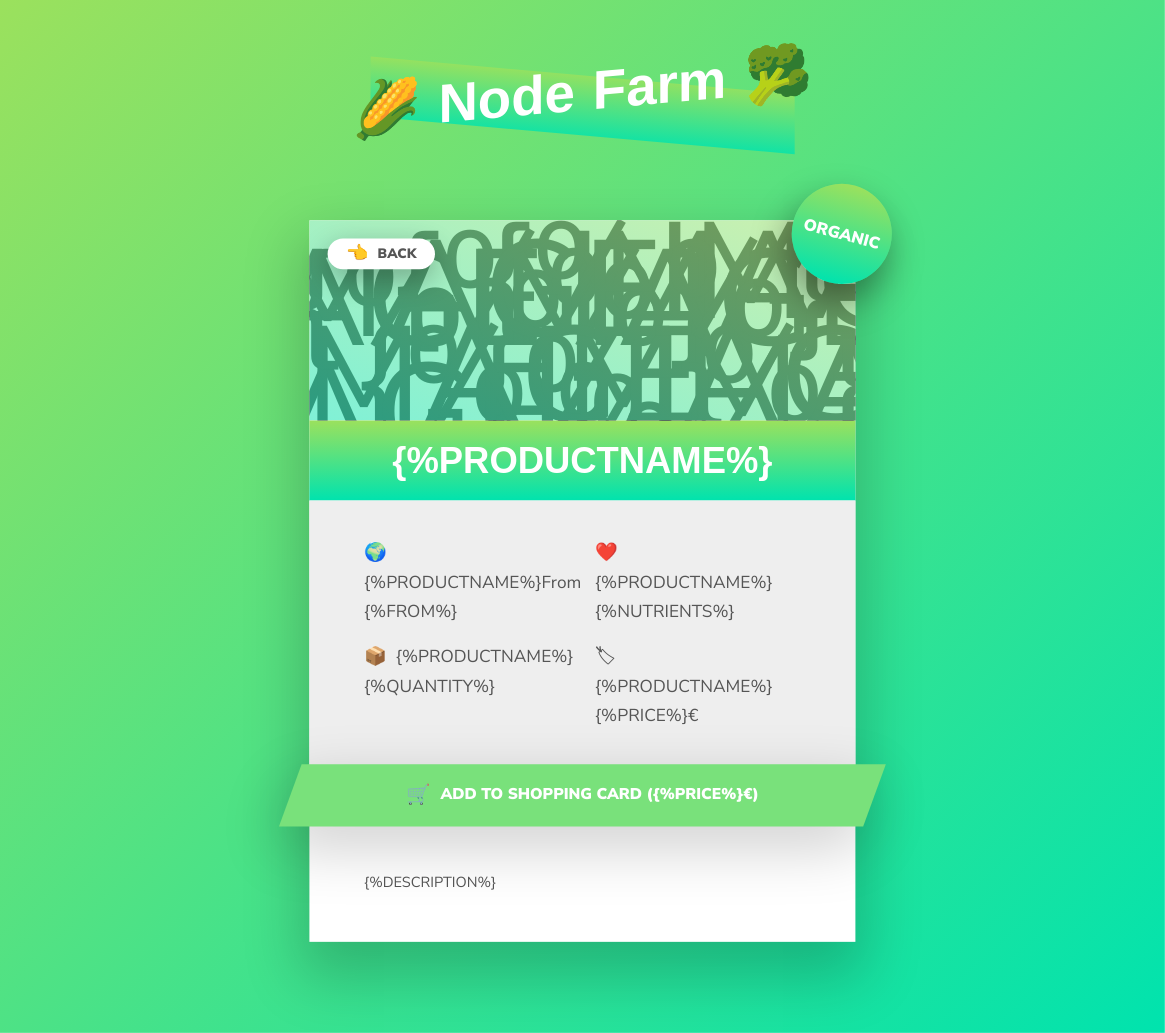
Repository: smit1298/MongoExpressNode
Page: templates/template-product.html
These files come from the project's save history. The page is drawn as it stood at one moment and after the next save; the edit follows.
The browser window is 1280 px wide. The pictures show the whole page, at 91% of full size.
Some web fonts or font styles are not loaded; a fallback is used.

Above is the page before, as saved 2022-04-10 06:38:05.

### templates/template-product.html
<!DOCTYPE html>
<html lang="en">
  <head>
    <meta charset="UTF-8" />
    <meta name="viewport" content="width=device-width, initial-scale=1.0" />
    <meta http-equiv="X-UA-Compatible" content="ie=edge" />
    <link
      href="https://fonts.googleapis.com/css?family=Megrim|Nunito+Sans:400,900"
      rel="stylesheet"
    />
    <link
      rel="icon"
      href="https://emojipedia-us.s3.dualstack.us-west-1.amazonaws.com/thumbs/240/apple/155/ear-of-maize_1f33d.png"
    />

    <title> {%PRODUCTNAME%} {%IMAGE%} /// NODE FARM</title>

    <style>
      *,
      *::before,
      *::after {
        margin: 0;
        padding: 0;
        box-sizing: inherit;
      }

      html {
        font-size: 62.5%;
        box-sizing: border-box;
      }

      body {
        padding: 5rem 5rem 10rem;
        line-height: 1.7;
        font-family: "Nunito Sans", sans-serif;
        color: #555;
        min-height: 100vh;
        background: linear-gradient(to bottom right, #9be15d, #00e3ae);
      }

      h1 {
        font-family: "Megrim", sans-serif;
        font-size: 6rem;
        color: white;
        transform: skewY(-5deg);
        text-align: center;
        position: relative;
        word-spacing: 3px;
      }

      h1::before {
        content: "";
        display: block;
        height: 65%;
        width: 49%;
        position: absolute;
        top: 105%;
        left: 50%;
        background: linear-gradient(to bottom, #9be15d, #00e3ae);
        opacity: 0.8;
        z-index: -1;
        transform: skewY(370deg) translate(-50%, -50%);
      }

      .container {
        width: 95rem;
        margin: 0 auto;
      }

      .product {
        width: 60rem;
        margin: 0 auto;
        margin-top: 9rem;
        background: white;
        box-shadow: 0 3rem 6rem 1rem rgba(0, 0, 0, 0.2);
        position: relative;
      }

      .product__hero {
        position: relative;
        height: 22rem;
        overflow: hidden;
      }

      .product__hero::before {
        content: "";
        display: block;
        height: 100%;
        width: 100%;
        position: absolute;
        top: 0;
        left: 0;
        background-image: linear-gradient(to left bottom, #9be15d, #00e3ae);
        opacity: 0.5;
        z-index: 100;
      }

      .product__emoji {
        font-size: 15rem;
        position: absolute;
      }

      .product__emoji--1 {
        top: -4rem;
        left: -2rem;
        z-index: 10;
      }

      .product__emoji--2 {
        top: -6rem;
        left: 9rem;
      }

      .product__emoji--3 {
        top: -4rem;
        right: 15rem;
      }

      .product__emoji--4 {
        top: -5rem;
        right: 2rem;
        z-index: 10;
      }

      .product__emoji--5 {
        bottom: -9rem;
        left: 18rem;
      }

      .product__emoji--6 {
        bottom: -8rem;
        left: 5rem;
      }

      .product__emoji--7 {
        bottom: -12rem;
        right: 14rem;
      }

      .product__emoji--8 {
        bottom: -8rem;
        right: -2rem;
      }

      .product__emoji--9 {
        top: -7rem;
        left: 19rem;
      }

      .product__organic {
        position: absolute;
        top: -4rem;
        right: -4rem;
        z-index: 1000;
        height: 11rem;
        width: 11rem;
        background-image: linear-gradient(to bottom, #9be15d, #00e3ae);
        border-radius: 50%;
        transform: rotate(15deg);
        box-shadow: 0 2rem 4rem rgba(0, 0, 0, 0.4);
        display: flex;
        align-items: center;
        justify-content: center;
      }

      .product__organic h5 {
        font-weight: 900;
        text-transform: uppercase;
        font-size: 1.8rem;
        color: white;
      }

      .product__back:link,
      .product__back:visited {
        position: absolute;
        top: 2rem;
        left: 2rem;
        font-size: 1.5rem;
        font-weight: 700;
        text-transform: uppercase;
        text-decoration: none;
        z-index: 1000;
        color: #555;
        background-color: white;
        box-shadow: 0 1rem 3rem rgba(0, 0, 0, 0.3);
        border-radius: 100rem;
        padding: 0 2rem;
        transition: all 0.3s;
        display: flex;
        align-items: center;
      }

      .product__back:hover,
      .product__back:active {
        background-color: #79e17b;
      }

      .product__name {
        background: linear-gradient(to bottom, #9be15d, #00e3ae);
        padding: 1rem;
        font-family: "Megrim", sans-serif;
        font-size: 4rem;
        color: white;
        text-align: center;
        word-spacing: 2px;
      }

      .product__details {
        background-color: #eee;
        padding: 4rem 6rem;
        font-size: 1.9rem;
        display: grid;
        grid-template-columns: 1fr 1fr;
        grid-gap: 1.5rem;
      }

      .product__description {
        padding: 5rem 6rem;
        font-size: 1.6rem;
        line-height: 1.8;
      }

      .product__link:link,
      .product__link:visited {
        display: block;
        background-color: #79e17b;
        color: white;
        font-size: 1.6rem;
        font-weight: 700;
        text-transform: uppercase;
        text-decoration: none;
        padding: 1.5rem;
        text-align: center;
        transform: scale(1.07) skewX(-20deg);
        box-shadow: 0 2rem 6rem rgba(0, 0, 0, 0.2);
        display: flex;
        align-items: center;
        justify-content: center;
        transition: all 0.3s;
      }

      .product__link:hover,
      .product__link:active {
        background-color: #9be15d;
        transform: scale(1.1) skewX(-20deg);
      }

      .product__link span {
        transform: skewX(20deg);
      }

      .emoji-left {
        font-size: 2rem;
        margin-right: 1rem;
      }

      .emoji-right {
        font-size: 2rem;
        margin-left: 1rem;
      }

      .not-organic {
        display: none;
      }
    </style>
  </head>

  <body>
    <div class="container">
      <h1>🌽 Node Farm 🥦</h1>

      <figure class="product">
        <div class="product__organic {%NOT_ORGANIC%}"><h5>Organic</h5></div>
        <a href="/overview" class="product__back">
          <span class="emoji-left">👈</span>Back
        </a>
        <div class="product__hero">
          <span class="product__emoji product__emoji--1">{%IMAGE%}</span>
          <span class="product__emoji product__emoji--2">{%IMAGE%}</span>
          <span class="product__emoji product__emoji--3">{%IMAGE%}</span>
          <span class="product__emoji product__emoji--4">{%IMAGE%}</span>
          <span class="product__emoji product__emoji--5">{%IMAGE%}</span>
          <span class="product__emoji product__emoji--6">{%IMAGE%}</span>
          <span class="product__emoji product__emoji--7">{%IMAGE%}</span>
          <span class="product__emoji product__emoji--8">{%IMAGE%}</span>
          <span class="product__emoji product__emoji--9">{%IMAGE%}</span>
        </div>
        <h2 class="product__name">{%PRODUCTNAME%}</h2>
        <div class="product__details">
          <p><span class="emoji-left">🌍</span>{%PRODUCTNAME%}From {%FROM%}</p>
          <p><span class="emoji-left">❤️</span>{%PRODUCTNAME%}{%NUTRIENTS%}</p>
          <p><span class="emoji-left">📦</span>{%PRODUCTNAME%}{%QUANTITY%}</p>
          <p><span class="emoji-left">🏷</span>{%PRODUCTNAME%}{%PRICE%}€</p>
        </div>

        <a href="#" class="product__link">
          <span class="emoji-left">🛒</span>
          <span>Add to shopping card ({%PRICE%}€)</span>
        </a>

        <p class="product__description">{%DESCRIPTION%}</p>
      </figure>
    </div>
  </body>
</html>

After the next save:
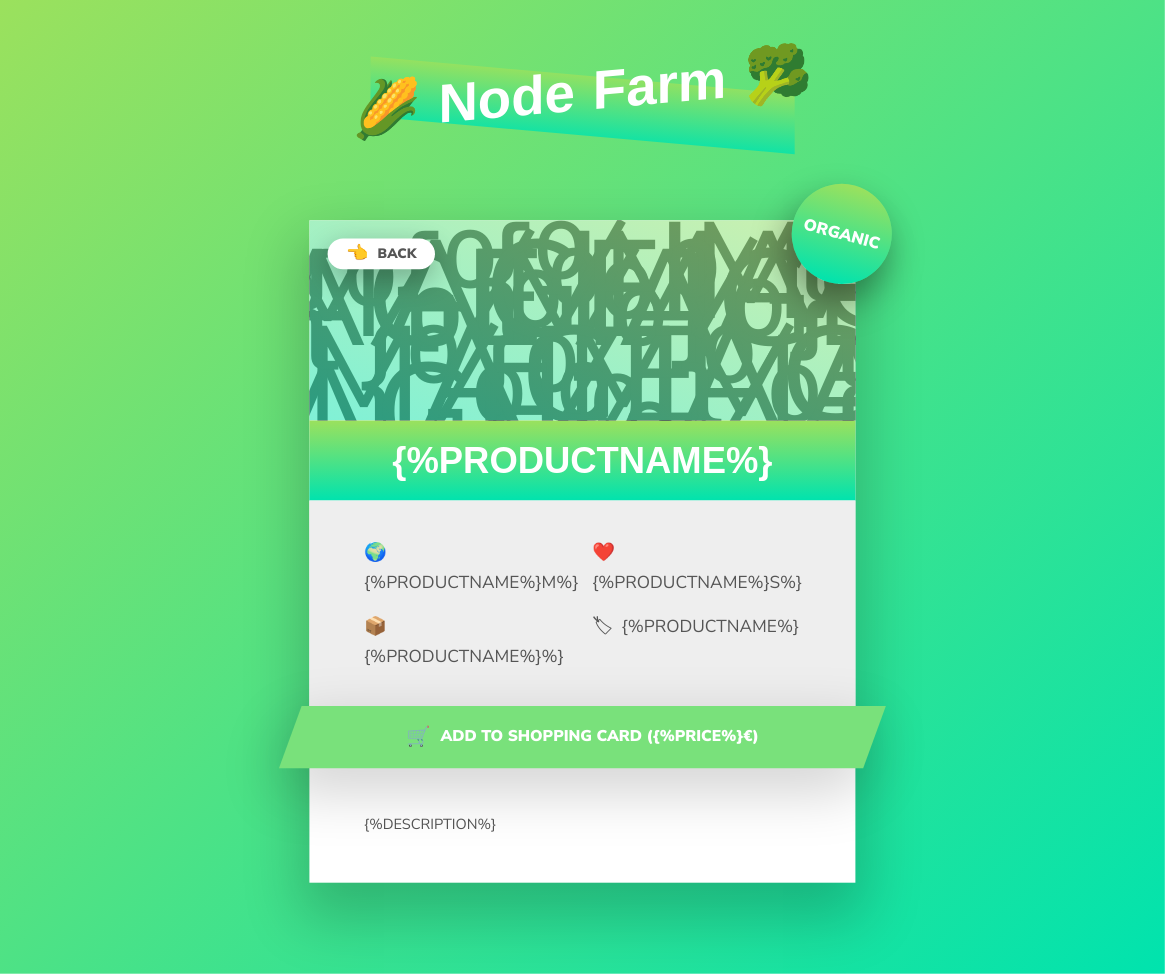
Saved 6 s later.
--- a/templates/template-product.html
+++ b/templates/template-product.html
@@ -287,10 +287,10 @@
         </div>
         <h2 class="product__name">{%PRODUCTNAME%}</h2>
         <div class="product__details">
-          <p><span class="emoji-left">🌍</span>{%PRODUCTNAME%}From {%FROM%}</p>
-          <p><span class="emoji-left">❤️</span>{%PRODUCTNAME%}{%NUTRIENTS%}</p>
-          <p><span class="emoji-left">📦</span>{%PRODUCTNAME%}{%QUANTITY%}</p>
-          <p><span class="emoji-left">🏷</span>{%PRODUCTNAME%}{%PRICE%}€</p>
+          <p><span class="emoji-left">🌍</span>{%PRODUCTNAME%}M%}</p>
+          <p><span class="emoji-left">❤️</span>{%PRODUCTNAME%}S%}</p>
+          <p><span class="emoji-left">📦</span>{%PRODUCTNAME%}%}</p>
+          <p><span class="emoji-left">🏷</span>{%PRODUCTNAME%}</p>
         </div>
 
         <a href="#" class="product__link">
